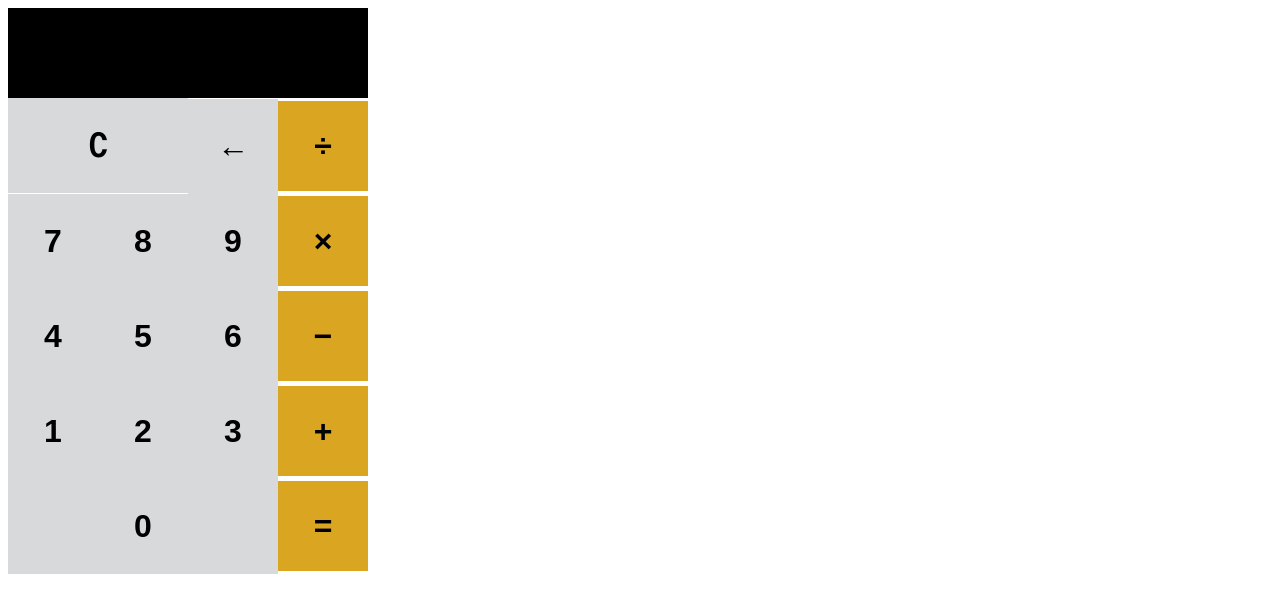
Repository: jontslater/LAB-calculator2
Page: index.html
These files come from the project's save history. The page is drawn as it stood at one moment and after the next save; the edit follows.
The browser window is 1280 px wide. The pictures show the whole page.

Above is the page before, as saved 2023-10-14 10:26:13.

After the next save:
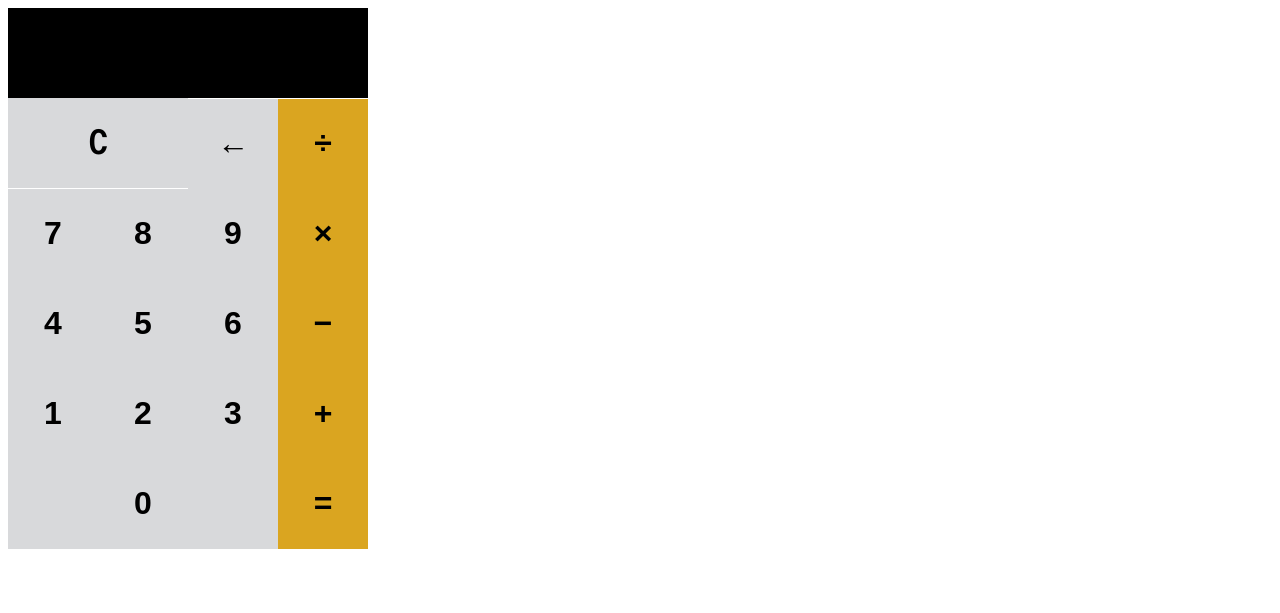
Saved 29 s later.
--- a/main.css
+++ b/main.css
@@ -21,7 +21,7 @@ body{
 
 .gray{
   background-color: #d8d9db;
-  height: 95px;
+  height: 90px;
   width: 90px;
   font-size: xx-large;
   font-weight: bold;
